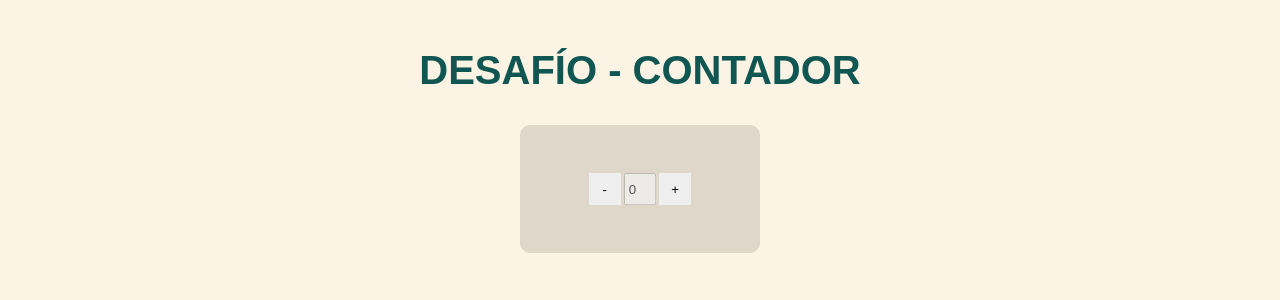
Repository: r-urchi/vue-coderhouse
Page: index.html
The author's editor kept a copy of each file at every save. The page is drawn from the files as they stood at one save, then again after a run of saves.
The browser window is 1280 px wide. The pictures show the whole page.
The style sheet was rebuilt from its Sass, Less or Tailwind sources for each picture, by a compiler version that may differ from the author's.

Above is the page before, as saved 2021-11-13 11:07:23.

### index.html
<!DOCTYPE html>
<html lang="en">
<head>
    <meta charset="UTF-8">
    <meta http-equiv="X-UA-Compatible" content="IE=edge">
    <meta name="viewport" content="width=device-width, initial-scale=1.0">
    <link rel="stylesheet" href="css/main.css">
    <script src="https://cdn.jsdelivr.net/npm/vue@2.6.14/dist/vue.js"></script>
    <script defer src="js/app.js"></script>
    <title>Clase 2</title>
</head>
<body>

    <div id="app">

        <h1>Desafío - Contador</h1>
        <div class="counter__container">
            <button v-on:click=subtract() class="counter__btn">-</button>
            <input type="number" v-bind:value="counterValue" class="counter__value" disabled/>
            <button v-on:click=add() class="counter__btn">+</button>
        </div>

    </div>

</body>
</html>

### js/app.js
var app = new Vue({
    el: '#app',
    data: {
      counter: 0,
    },
    methods: {
        add(){
            this.counter++;
        },
        subtract(){
            this.counter === 0 ? this.counter = 0 : this.counter--;
        },
    },
    computed: {
        counterValue(){
            return this.counter
        },
    },
});

### css/main.sass
@import _basic

@import _counter

### css/_basic.sass
*
    margin: 0
    padding: 0
    box-sizing: border-box

body
    background: #FBF3E4
    font-family: sans-serif
    color: #105652

#app
    width: 100%
    height: 100%
    display: flex
    justify-content: center
    flex-direction: column
    align-items: center

### css/_counter.sass
h1
    text-align: center
    text-transform: uppercase
    font-size: 2.5rem
    margin: 3rem auto 2rem auto

.counter__container
    width: 15rem
    height: 8rem
    background: #DFD8CA
    display: flex
    justify-content: center
    align-items: center
    border-radius: 10px
    .counter__value, .counter__btn
        width: 2rem
        text-align: center
        height: 2rem
        margin: 0 .1rem
    .counter__btn
        border: none

After the next 2 saves:
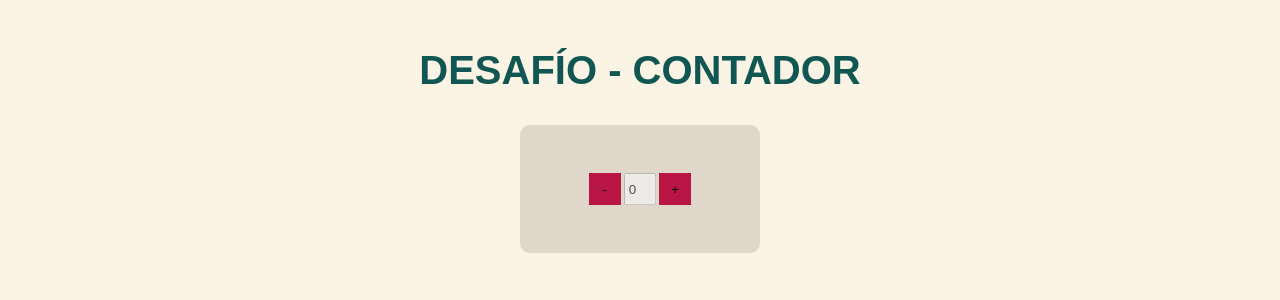
The 2 saves are shown as one change because they came seconds apart.
The last was saved 22 s later.
--- a/css/_counter.sass
+++ b/css/_counter.sass
@@ -19,3 +19,4 @@ h1
         margin: 0 .1rem
     .counter__btn
         border: none
+        background: #B91646
